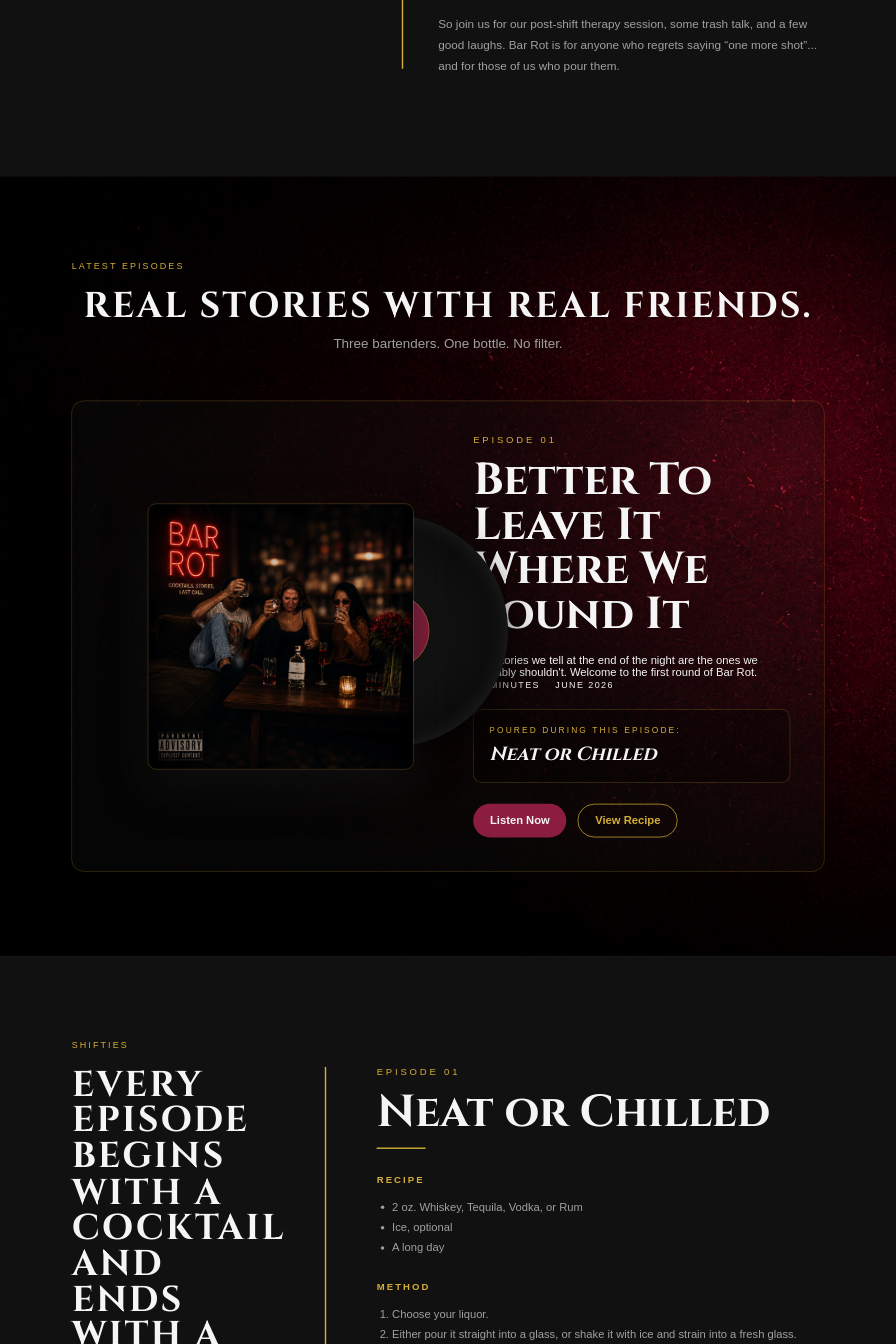
Repository: Gage-Codes/BarRot
Page: index.html
The author's editor kept a copy of each file at every save. The page is drawn from the files as they stood at one save, then again after the next save.
The browser window is 1280 px wide. The pictures show the part of the page from y = 1175 to 3095 px (the page is 6284 px tall), at 70% of full size.

Above is the page before, as saved 2026-07-08 21:10:37.

After the next save:
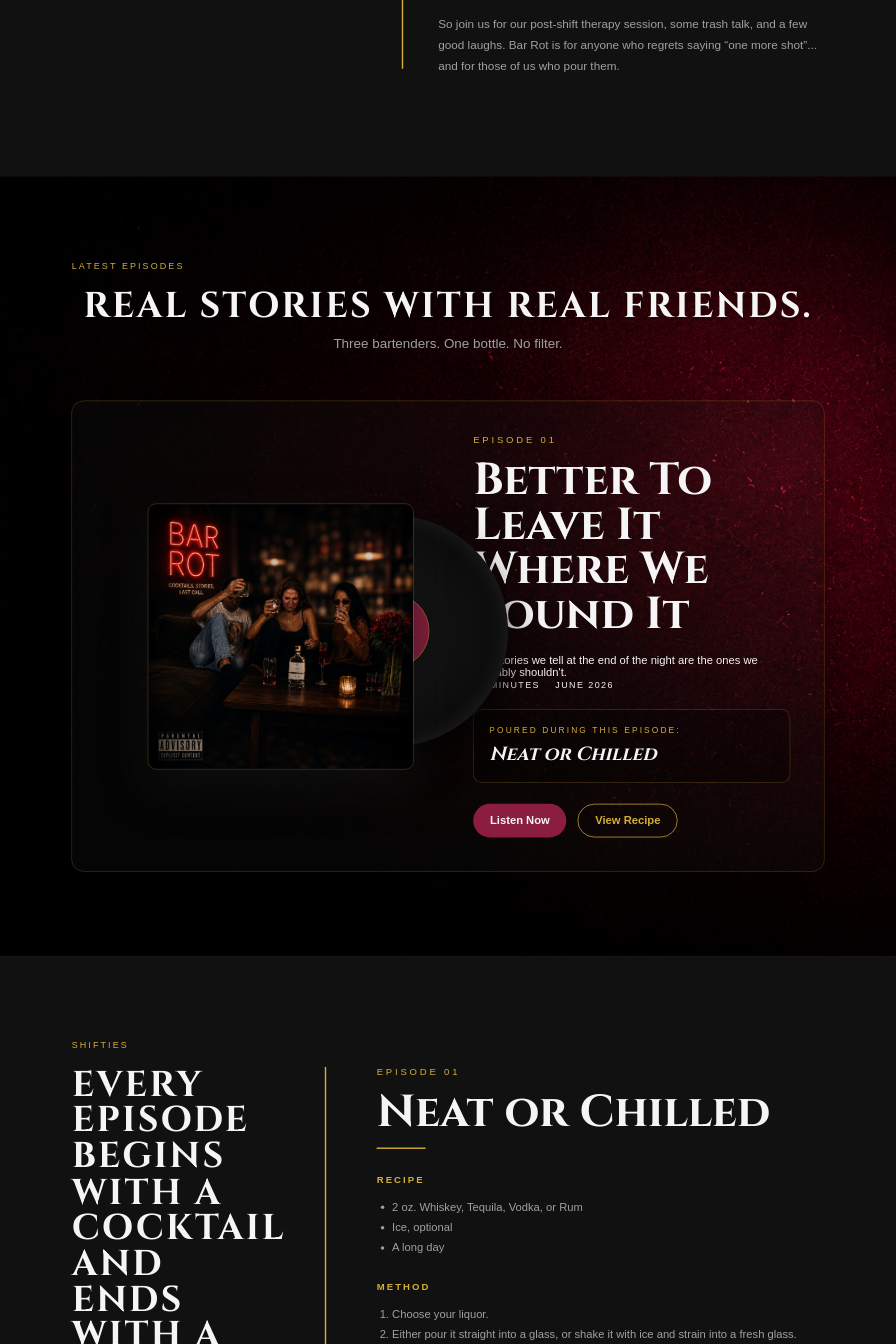
Saved 5 min 20 s later.
--- a/js/script.js
+++ b/js/script.js
@@ -18,6 +18,27 @@
         }
     });
 });
+//Episode Section/Episode Spotlight//
+
+function loadLatestEpisode() {
+    const episodeNumber = document.getElementById("episode-number");
+    const episodeTitle = document.getElementById("episode-title");
+    const episodeDescription = document.getElementById("episode-description");
+    const episodeRuntime = document.getElementById("episode-runtime");
+    const episodeDate = document.getElementById("episode-date");
+    const episodeDrink = document.getElementById("episode-drink");
+    const episodeCover = document.getElementById("episode-cover");
+    const spotifyButton = document.getElementById("spotify-button");
+    episodeNumber.textContent = latestEpisode.number;
+    episodeTitle.textContent = latestEpisode.title;
+    episodeDescription.textContent = latestEpisode.description;
+    episodeRuntime.textContent = latestEpisode.runtime;
+    episodeDate.textContent = latestEpisode.date;
+    episodeDrink.textContent = latestEpisode.drink;
+    episodeCover.src = latestEpisode.cover;
+    spotifyButton.href = latestEpisode.spotifyLink;
+}
+loadLatestEpisode();
 
 //Recipe Section/Cards Switcher//
 
